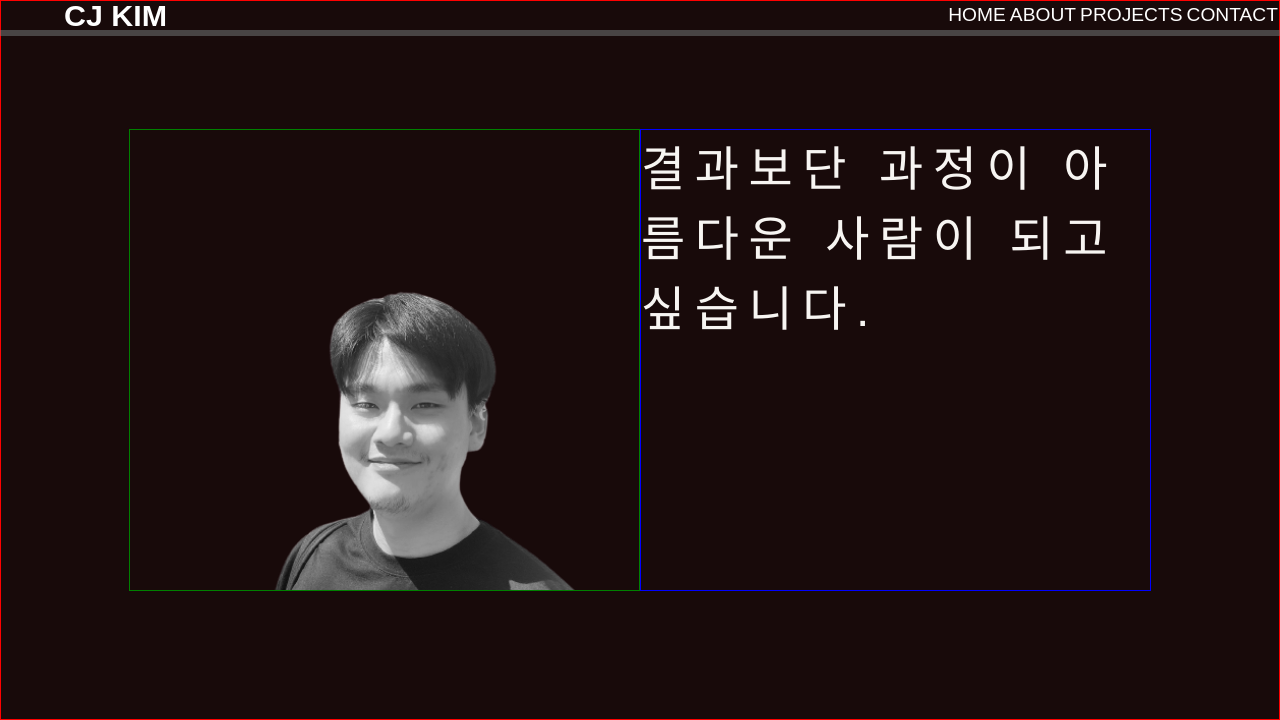
Repository: rlatlswo135/port
Page: /about
The author's editor kept a copy of each file at every save. The page is drawn from the files as they stood at one save, then again after the next save.
The browser window is 1280 px wide. The pictures show the whole page.
The project was rebuilt for these pictures with package versions that can differ from the ones it lists, and the page was loaded fresh each time. Also part of the build but not shown: src/App.css, src/Pages/Start.jsx, src/Pages/Home.jsx, src/Pages/Contact.jsx, src/Components/Project.jsx, src/Pages/Port.jsx, src/Components/ProjectDetail.jsx.

Above is the page before, as saved 2022-04-07 03:23:07.

After the next save:
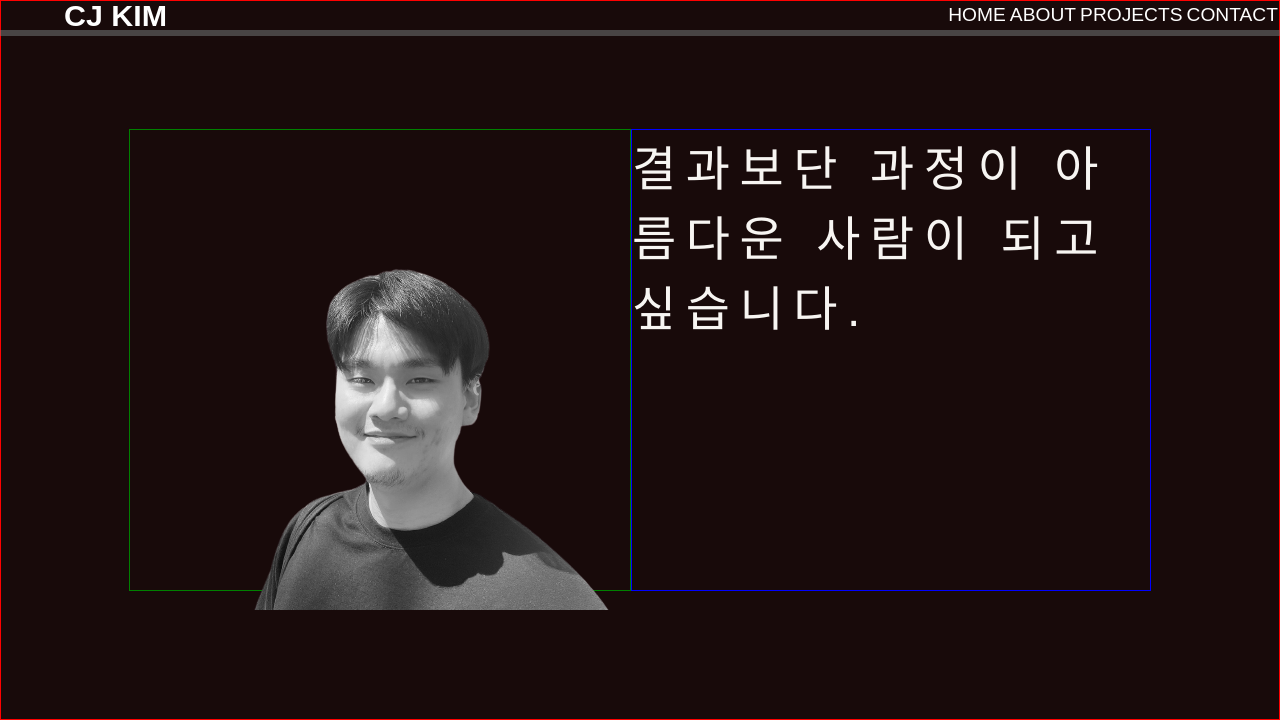
Saved 81 s later.
--- a/src/Pages/About.jsx
+++ b/src/Pages/About.jsx
@@ -18,10 +18,9 @@ const AboutBox = styled.div`
 `
 const Img = styled.div`
     border:1px solid green;
-    background-image: url(${profile3});
-    background-size: cover;
-    width:100%;
-    height:100%;
+    display: flex;
+    justify-content: center;
+    align-items: center;
 `
 const Text = styled.div`
     width:100%;
@@ -38,7 +37,9 @@ const About = () => {
         <Container>
             <Nav />
             <AboutBox>
-                <Img></Img>
+                <Img>
+                    <img src={profile3}></img>
+                </Img>
                 <Text>
                     <TextContent>결과보단 과정이 아름다운 사람이 되고싶습니다.</TextContent>
                 </Text>
